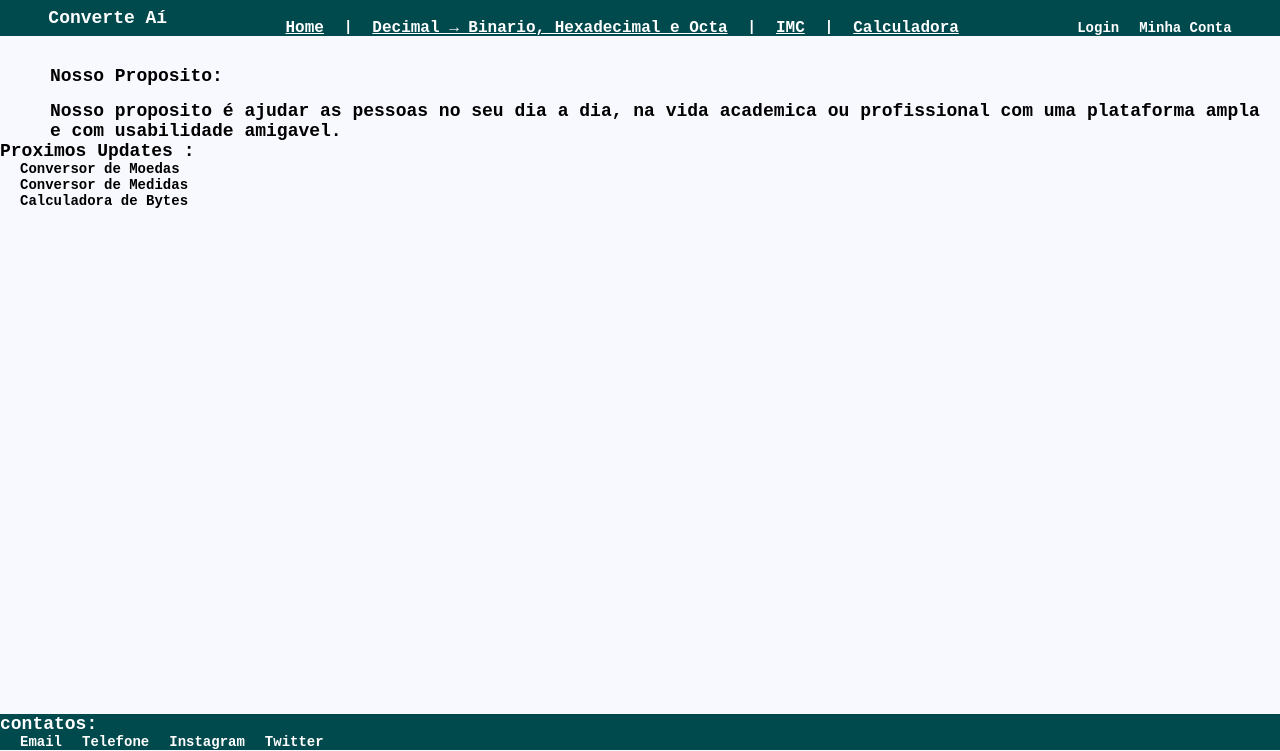
Repository: Frav1u/converteai
Page: ConverteAi/src/main/webapp/home.html
An editor plug-in stored every save of this project. The page is shown before and after the next save, followed by the edit.
The browser window is 1280 px wide. The pictures show the whole page.
Some web fonts or font styles are not loaded; a fallback is used.

Above is the page before, as saved 2023-10-01 00:48:39.

### ConverteAi/src/main/webapp/home.html
<!DOCTYPE html>
<html>
<head>
<meta charset="UTF-8">
<title>Converte aí</title>
<link href="https://fonts.googleapis.com/css2?family=Inter:wght@400;700&family=Space+Mono:wght@400;700&display=swap"
        rel="stylesheet">
    <link rel="stylesheet" href="stylehome.css">
</head>
<body>
	<header>
	<a class="logo">Converte Aí</a>

		<nav>
			<ul class="menu">
				<li><a href="home.html">Home</a></li>
				<li>  |  </li>
				<li><a href="decimalParaBinario.html">Decimal → Binario, Hexadecimal e Octa</a></li>
				<li>  |  </li>
				<li><a href="imc.html">IMC</a></li>
				<li>  |  </li>
				<li><a href="calculadora.html">Calculadora</a></li>
			</ul>
		</nav>
		<ul class="conta">
			<li>Login</li>
			<li>Minha Conta</li>
		</ul>
	</header>
	<main>
		<h1 class="tituloProposito">Nosso Proposito: </h1>
		<p class="proposito">Nosso proposito é ajudar as pessoas no seu dia a dia, na vida academica ou profissional com uma plataforma ampla e com usabilidade amigavel.</p>
		<h2> Proximos Updates :</h2>
		<ul>
			<li>Conversor de Moedas</li>
			<li>Conversor de Medidas</li>
			<li>Calculadora de Bytes</li>
		</ul>
	</main>


	<footer>
		<a>contatos: </a>
		<ul class="contatos">
			<li>Email</li>
			<li>Telefone</li>
			<li>Instagram</li>
			<li>Twitter</li>
		</ul>

	</footer>
</body>

</html>

### ConverteAi/src/main/webapp/stylehome.css

* {
    margin: 0;
    padding: 0;
    box-sizing: border-box;
    list-style: none;
    font-family: 'Apotek Bold', monospace;
    font-weight: 600;
    font-size: 18px;
    outline: none;
}

body{
	background-color:  ghostwhite
}

li{
	font-size: 14px;
	margin-left: 20px;

}

header{
	background-color: hsl(183, 100%, 15%);
	color: white;
	height: 5vh;
	list-style: none;
    color: inherit;
    display: flex;
    display: flex;
    justify-content: center;
    align-items: center;
    justify-content: space-evenly;
}

.contatos{
	display: flex;
}

footer{
	background-color: hsl(183, 100%, 15%);
	color: white;
	height: 5vh;

}
.proposito{
	margin-top: 15px;
	margin-left: 50px;

}


.logo{
	color: white;
}
.menu{
	color: white;
	display: flex;
	margin-top: 20px;
	margin-left: 50px;

}

.conta{
	color: white;
	display: flex;
	margin-top: 20px;
	margin-left: 50px;
}

.menu a {
	color: white;
	font-size: 16px;
	list-style: none;
}

.tituloProposito{
	margin-top: 30px;
	margin-left: 50px;

}


nav{
	display: flex;
	justify-content: center;
	align-items: center;
}


main{
	height: 90vh;
}

After the next save:
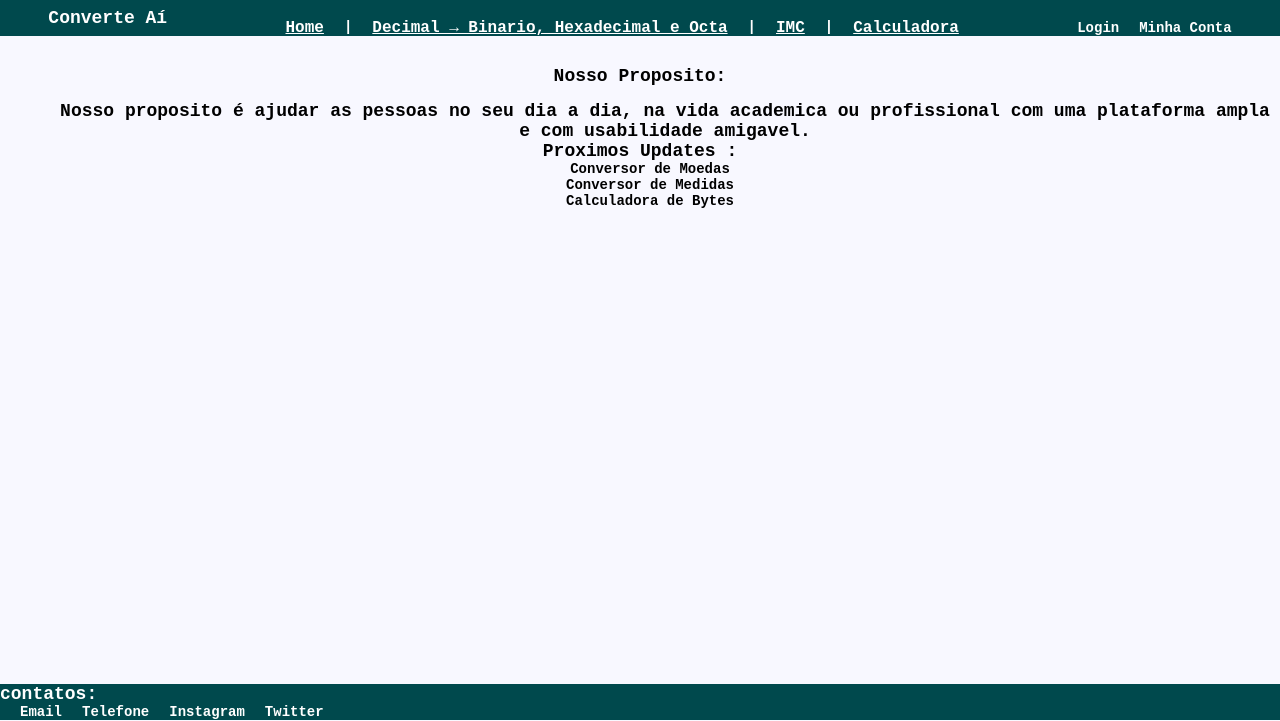
Saved 3 min 19 s later.
--- a/ConverteAi/src/main/webapp/stylehome.css
+++ b/ConverteAi/src/main/webapp/stylehome.css
@@ -75,8 +75,6 @@ footer{
 }
 
 .tituloProposito{
-	margin-top: 30px;
-	margin-left: 50px;
 
 }
 
@@ -90,4 +88,6 @@ nav{
 
 main{
 	height: 90vh;
+	text-align: center;
+	padding-top: 30px;
 }
